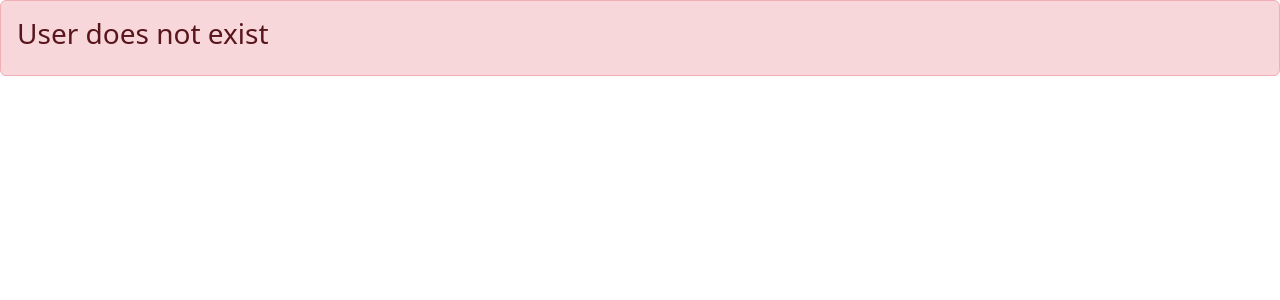
Repository: AyushMahatara/PHP-Simple-CRUD-with-JSON
Page: http://localhost/user/update.php
The author's editor kept a copy of each file at every save. The page is drawn from the files as they stood at one save, then again after the next save.
The browser window is 1280 px wide. The pictures show the whole page.
The page is run by PHP 8.4 with error messages shown; the project is at /var/www/html/.

Above is the page before, as saved 2024-03-20 17:37:58.

### user/update.php
<?php
include '../partials/header.php';
require './users.php';

if (!isset($_GET['id'])) {
    include "../partials/not_found.php";
    exit;
}

$userId = $_GET['id'];

$user = getUserById($userId);

if (!$user) {
    include "../partials/not_found.php";
    exit;
}

if ($_SERVER['request_method'] === 'post') {
    updateUser($_POST, $userId);
}
?>

<div class="container">

    <div class="card">
        <div class="card-header">
            <h3>
                Update
            </h3>
        </div>
        <div class="card-body">
            <form method="POST" enctype="multipart/form-data">
                <div class="form-group">
                    <label>Name:</label>
                    <input type="name" name="name" class="form-control" placeholder="Enter name">
                </div>
                <div class="form-group">
                    <label>Usename:</label>
                    <input type="username" name="username" class="form-control" placeholder="username">
                </div>
                <div class="form-group">
                    <label>Email:</label>
                    <input type="email" name="email" class="form-control" placeholder="Enter email">
                </div>
                <div class="form-group">
                    <label>Phone:</label>
                    <input type="phone" name="phone" class="form-control" placeholder="phone">
                </div>

                <div class="form-group">
                    <label>Website:</label>
                    <input type="website" name="wensite" class="form-control" placeholder="Enter website">
                </div>
                <div class="form-group">
                    <label>Image:</label>
                    <input type="file" name="image" class="form-control" placeholder="image">
                </div>


                <button type="submit" class="btn btn-primary">Submit</button>
            </form>
        </div>
    </div>

</div>

<?php
include '../partials/footer.php';
?>

### partials/header.php
<!DOCTYPE html>
<html lang="en">

<head>
    <meta charset="UTF-8">
    <meta name="viewport" content="width=device-width, initial-scale=1.0">
    <link href="https://cdn.jsdelivr.net/npm/bootstrap@5.3.3/dist/css/bootstrap.min.css" rel="stylesheet" integrity="sha384-QWTKZyjpPEjISv5WaRU9OFeRpok6YctnYmDr5pNlyT2bRjXh0JMhjY6hW+ALEwIH" crossorigin="anonymous">
    <title>Document</title>
</head>

<body>

### user/users.php
<?php

function getUsers()
{
    return json_decode(file_get_contents('./users.json'), true);

    // echo '<pre>';
    // var_dump($users);
    // echo '<pre>';
}


function getUserById($id)
{
    $users = getUsers();
    foreach ($users as $user) {
        if ($user['id'] == $id) {
            return $user;
        }
    }
    return null;
}


function createUser($data)
{
}


function updateUser($data, $id)
{
}

function deleteUser($id)
{
}

### partials/not_found.php
<div class="alert alert-danger">
    <h3>User does not exist</h3>
</div>

After the next save:
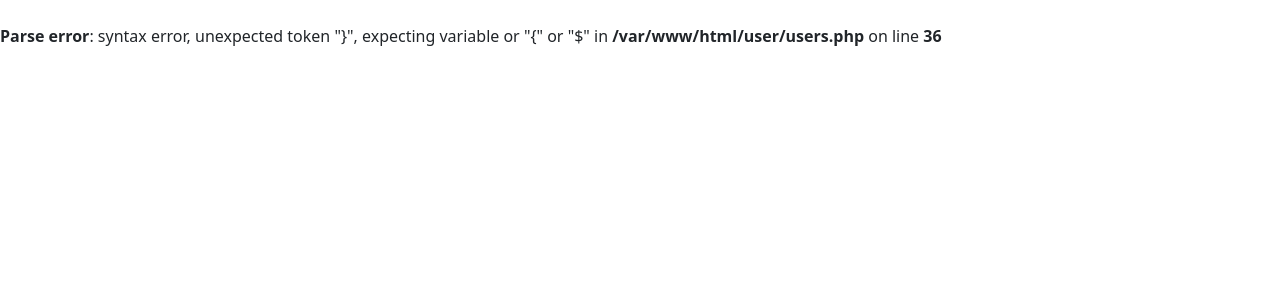
Saved 74 s later.
--- a/user/users.php
+++ b/user/users.php
@@ -29,6 +29,12 @@
 
 function updateUser($data, $id)
 {
+    $users = getUsers();
+    foreach ($users as $user){
+        if ($user['id'] == $id){
+            $user['id'] = $
+        }
+    }
 }
 
 function deleteUser($id)

After the save that followed:
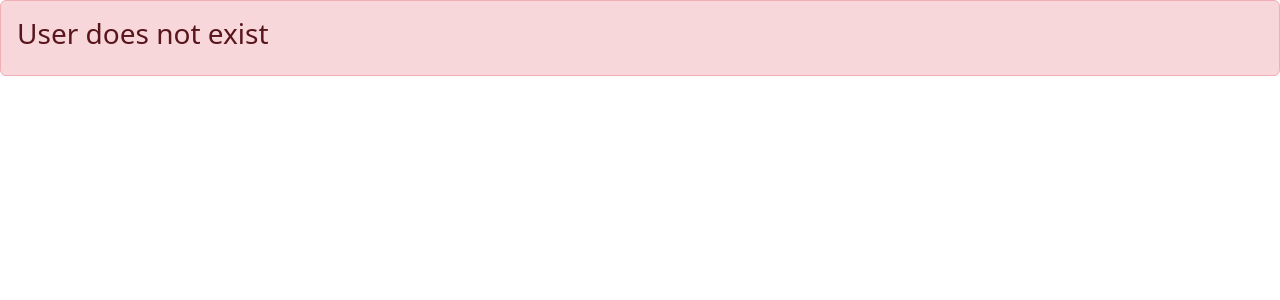
Saved 73 s later.
--- a/user/users.php
+++ b/user/users.php
@@ -30,9 +30,9 @@
 function updateUser($data, $id)
 {
     $users = getUsers();
-    foreach ($users as $user){
-        if ($user['id'] == $id){
-            $user['id'] = $
+    foreach ($users as $user) {
+        if ($user['id'] == $id) {
+            $user['i'] = array_merge($user, $data);
         }
     }
 }
